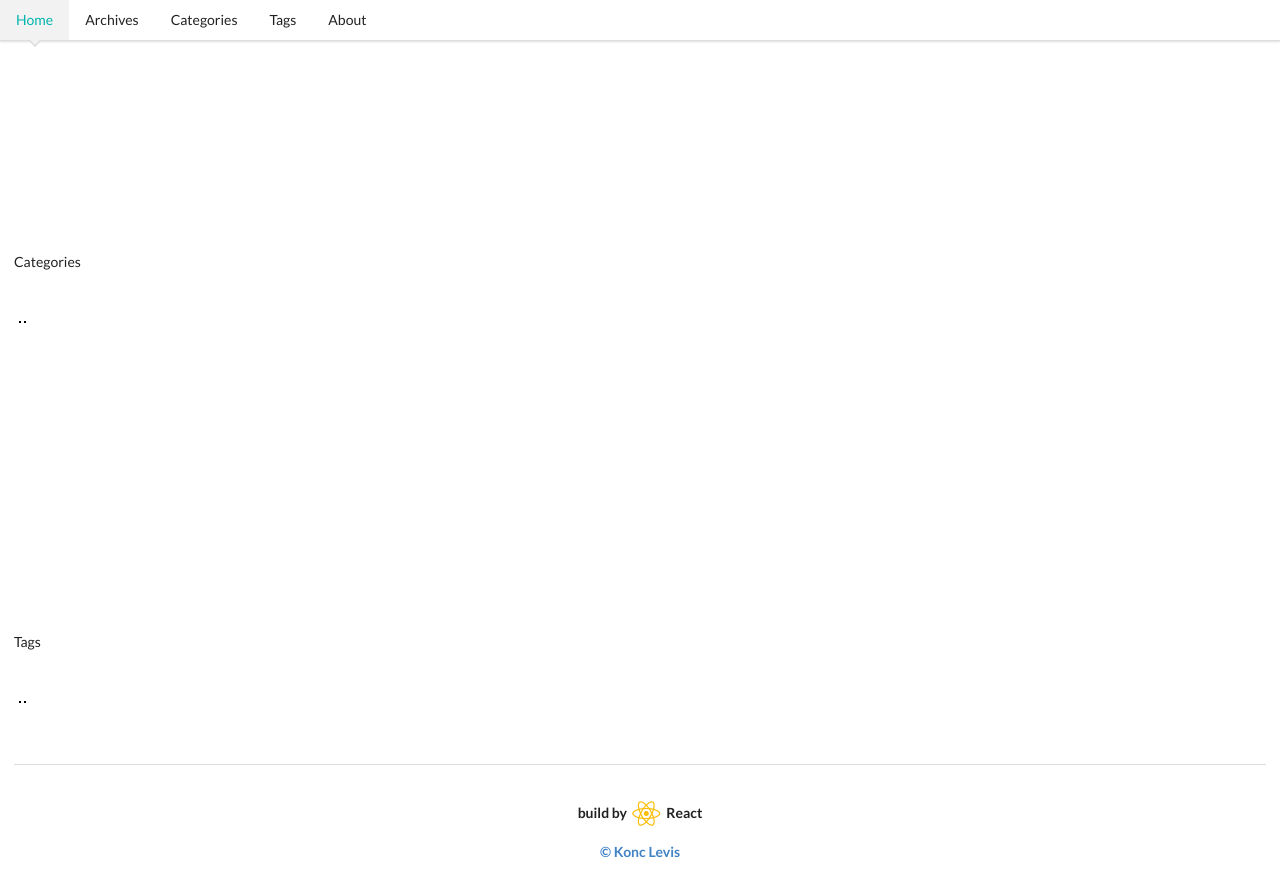
Repository: chu4j/my-spring-cloud-blog-frontend
Page: /
An editor plug-in stored every save of this project. The page is shown before and after the next save, followed by the edit.
The browser window is 1280 px wide. The pictures show the whole page.
The page's requests for data from a server got no answer. The project was rebuilt for these pictures with package versions that can differ from the ones it lists, and the page was loaded fresh each time. No one was signed in, and anything a server would have sent is missing. Also part of the build but not shown: src/components/Categories.jsx, src/components/FocusContent.jsx, src/css/App.css, src/components/owner/LoginForm.jsx, src/components/Tags.jsx, src/components/Timeline.jsx, src/components/TimelineHome.jsx.

Above is the page before, as saved 2021-02-24 12:31:45.

### src/index.js
import React from 'react';
import ReactDOM from 'react-dom';
import { BrowserRouter } from 'react-router-dom';
import 'semantic-ui-css/semantic.min.css';
import './css/index.css';
import BlogRouter from './router/Router';
import  'github-markdown-css';
ReactDOM.render(<
    BrowserRouter forceRefresh={true} >
    <BlogRouter />
</BrowserRouter>,
    document.getElementById('root')
);

### src/css/index.css
body {
  margin: 1em;
  -webkit-font-smoothing: antialiased;
  -moz-osx-font-smoothing: grayscale;
}

code {
  font-family: source-code-pro, Menlo, Monaco, Consolas, "Courier New",
    monospace;
}

.post-container {
  padding: 8px;
  border-radius: 2px;
}

.post-title {
  color: #011623;
}

.post-title:hover {
  color: #011623;
  text-decoration: underline;
}

/*animate*/

.posts-appear {
  opacity: 0;
}

.posts-enter {
  opacity: 1;
  transform: scale(0.95);
}

.posts-enter-active {
  opacity: 1;
  transform: translateX(0);
  transition: opacity 300ms, transform 200ms;
}

.posts-exit {
  opacity: 1;
  transform: scale(0.9);
}

.posts-exit-active {
  opacity: 0;
  transform: translateX(0);
  transition: opacity 300ms, transform 200ms;
}

.post-container pre code {
}
.common-label {
  display: inline-block;
  margin: 5px;
  padding: 2px;
  color: #010101;
  border-bottom: 2px dotted #010101;
  border-radius: 0;
}
.common-label-container {
  min-height: 280px;
}
.menu-container {
  margin-bottom: 15em;
}
.post-category {
  padding: 3px;
  background-color: #010101;
  color: white;
  display: inline-block;
  border-radius: 2px;
}
.post-category:hover {
  color: white;
  text-decoration: underline;
}
.post-tag {
  padding: 3px;
  background-color: #319795;
  color: white;
  display: inline-block;
  border-radius: 2px;
}
.post-tag:hover {
  color: white;
  text-decoration: underline;
}

### src/router/Router.jsx
import { Route, Switch } from "react-router-dom";
import Categories from "../components/Categories";
import FocusPostComponent from "../components/FocusContent";
import Home from "../components/Home";
import LoginForm from "../components/owner/LoginForm";
import Tags from "../components/Tags";
import MyTimeline from "../components/Timeline";
import TimelineHome from "../components/TimelineHome";
export default function BlogRouter() {
  return (
    <Switch>
      <Route path="/" exact>
        <Home />
      </Route>
      <Route path="/owner/login" exact>
        <LoginForm />
      </Route>
      <Route path="/category/:name" exact>
        <Home />
      </Route>
      <Route path="/tag/:name" exact>
        <Home />
      </Route>
      <Route path="/posts/page/:pageNumber">
        <Home />
      </Route>
      <Route path="/category/:name/page/:pageNumber">
        <Home />
      </Route>
      <Route path="/tag/:name/page/:pageNumber">
        <Home />
      </Route>
      <Route path="/post/:postId" exact>
        <FocusPostComponent />
      </Route>
      <Route path="/categories" exact>
        <Categories />
      </Route>
      <Route path="/tags" exact>
        <Tags />
      </Route>
      <Route path="/posts/timeline" exact>
        <TimelineHome />
      </Route>
      <Route path="/posts/timeline/page/:pageNumber" exact>
        <TimelineHome />
      </Route>
    </Switch>
  );
}

### src/components/Home.jsx
import { React, useEffect, useState } from "react";
import { useParams, useRouteMatch } from "react-router-dom";
import "../css/App.css";
import { ServerHost } from "./AppConfig";
import BlogLayout from "./BlogLayout";
import CategoryComponent from "./CategoryComponent";
import ContentComponent from "./Content";
import TagComponent from "./TagComponent";
async function getArchive(path) {
  const axios = require("axios").default;
  if (null == path) {
    return axios.get(ServerHost + "/v1/api/archive").then((res) => res.data);
  } else {
    return axios.get(path).then((res) => res.data);
  }
}
function countPath(router, name, pageNumber) {
  let requestUrl = "";
  let pagePrefix = "";
  const path = router.path;
  switch (path) {
    case "/":
      requestUrl = ServerHost + "/v1/api/archive";
      pagePrefix = "/posts/page/";
      break;
    case "/category/:name":
      requestUrl = ServerHost + "/v1/api/category/" + name;
      pagePrefix = "/category/" + name + "/page/";
      break;
    case "/category/:name/page/:pageNumber":
      requestUrl =
        ServerHost + "/v1/api/category/" + name + "?page=" + pageNumber;
      pagePrefix = "/category/" + name + "/page/";
      break;
    case "/tag/:name":
      requestUrl = ServerHost + "/v1/api/tag/" + name;
      pagePrefix = "/tag/" + name + "/page/";
      break;
    case "/tag/:name/page/:pageNumber":
      requestUrl = ServerHost + "/v1/api/tag/" + name + "?page=" + pageNumber;
      pagePrefix = "/tag/" + name + "/page/";
      break;
    case "/posts/page/:pageNumber":
      requestUrl = ServerHost + "/v1/api/archive?page=" + pageNumber;
      pagePrefix = "/posts/page/";
      break;
    default:
      break;
  }
  return { requestUrl, pagePrefix };
}
export default function Home() {
  let { name, pageNumber } = useParams();
  const router = useRouteMatch();
  console.log("router:" + JSON.stringify(router) + " type:" + typeof router);
  const params = countPath(router, name, pageNumber);
  console.log("returnPath:" + params.requestUrl);
  let activePage = 1;
  if (null != pageNumber && undefined != pageNumber) activePage = pageNumber;
  const [response, setData] = useState({});
  useEffect(() => {
    getArchive(params.requestUrl).then((res) => {
      setData(res);
    });
  }, []);
  return (
    <BlogLayout
      CategoryComponent={<CategoryComponent />}
      TagComponent={<TagComponent />}
      ContentComponent={
        <ContentComponent
          response={response}
          activePage={activePage}
          pagePrefix={params.pagePrefix}
        />
      }
      style={{ margin: 0, padding: 0 }}
    />
  );
}

### src/components/BlogLayout.jsx
import { Grid } from "semantic-ui-react";
import "../css/index.css";
import Header from "./BlogHeader";
import DivRow from "./Common";
import Footer from "./Footer";
export default function BlogLayout(props) {
  return (
    <div className="customBackground">
      <Grid stackable>
        <Grid.Row columns={1}>
          <Header />
        </Grid.Row>
        <Grid.Row>
          {props.CategoryComponent && props.TagComponent && (
            <Grid.Column width={3}>
              {props.CategoryComponent}
              <DivRow />
              <DivRow />
              <DivRow />
              {props.TagComponent}
            </Grid.Column>
          )}
          {props.CategoryComponent &&
          props.TagComponent &&
          props.ContentComponent ? (
            <Grid.Column width={12}>{props.ContentComponent}</Grid.Column>
          ) : (
            <Grid.Column width={16}>{props.ContentComponent}</Grid.Column>
          )}
        </Grid.Row>
        <Grid.Row columns={1}>
          <Grid.Column>
            <Footer />
          </Grid.Column>
        </Grid.Row>
      </Grid>
    </div>
  );
}

### src/components/CategoryComponent.jsx
import React, { Component } from "react";
import { ServerHost } from "./AppConfig";
import DivRow from "./Common";
class CategoryComponent extends Component {
  state = {
    data: [{}],
  };
  componentDidMount() {
    const axois = require("axios").default;
    axois
      .get(ServerHost + "/v1/api/category/statistics/count")
      .then((res) => {
        const data = res.data;
        this.setState({ data: data });
      })
      .catch((error) => {
        console.log(error);
      });
    console.log("category card render");
  }
  render() {
    return (
      <>
        <span>Categories</span>
        <DivRow />
        <div className="common-label-container">
          {this.state.data.map((e, index) => (
            <a key={index} href={"/category/" + e.value} className="common-label">
              {e.value}
              &nbsp;
              {e.count}
            </a>
          ))}
        </div>
      </>
    );
  }
}
export default CategoryComponent;

### src/components/AppConfig.jsx
export const ServerHost = "http://localhost:9000";

### src/components/Content.jsx
import { React, useEffect, useState } from "react";
import { useHistory, withRouter } from "react-router-dom";
import { CSSTransition } from "react-transition-group";
import { Container, Grid, Header, Icon, Pagination } from "semantic-ui-react";
import DivRow from "./Common";

function ContentComponent(props) {
  const hljs = require("highlight.js");
  const [showComponent, setShowComponent] = useState(false);
  console.log("state : " + showComponent);
  useEffect(() => {
    let time = setTimeout(() => setShowComponent(true), 100);
    hljs.highlightAll();
    return () => {
      clearTimeout(time);
    };
  }, []);
  const history = useHistory();
  const handlePaginationClick = (e, { activePage }) => {
    const url = props.pagePrefix + activePage;
    history.push(url);
  };
  return (
    <>
      <CSSTransition
        in={showComponent}
        classNames="posts"
        timeout={200}
        unmountOnExit
      >
        <Container fluid>
          {props.response.list &&
            props.response.list.map((a, index) => (
              <div
                className="post-container"
                style={index > 0 ? { marginTop: "20px" } : {}}
              >
                <Header as="h1" textAlign="center">
                  <a href={"/post/" + a.serialNumber} className="post-title">
                    {a.title}
                  </a>
                </Header>
                {
                  <div
                    className="markdown-body"
                    dangerouslySetInnerHTML={{ __html: a.content }}
                  ></div>
                }

                <DivRow />
                {a.category && a.tag && (
                  <>
                    <Container fluid>
                      <Grid>
                        <Grid.Row>
                          <Grid.Column width={5}>
                            {a.category.map((c, index) => (
                              <>
                                {" "}
                                <div key={index}>
                                  <span>
                                    <a
                                      href={"/category/" + c.category}
                                      className="post-category"
                                    >
                                      {c.category}
                                    </a>
                                  </span>
                                </div>
                              </>
                            ))}
                          </Grid.Column>

                          <Grid.Column width={11}>
                            {a.tag.map((t, index) => (
                              <>
                                {" "}
                                <span key={index}>
                                  <a
                                    href={"/tag/" + t.tag}
                                    className="post-tag"
                                  >
                                    {t.tag}
                                  </a>
                                </span>
                              </>
                            ))}
                          </Grid.Column>
                        </Grid.Row>
                      </Grid>
                    </Container>
                  </>
                )}
                <DivRow />
                <DivRow />
              </div>
            ))}
          {props.response.totalPage > 1 && props.activePage && (
            <Container fluid textAlign="center" style={{ marginTop: "2em" }}>
              <Pagination
                totalPages={props.response.totalPage}
                firstItem={null}
                lastItem={null}
                pointing
                secondary
                activePage={props.activePage}
                onPageChange={handlePaginationClick}
              />
            </Container>
          )}
          {props.focus && props.response.list && (
            <div style={{ marginTop: "1em" }}>
              <Grid stackable>
                <Grid.Row>
                  <Grid.Column width={8}>
                    {props.response.list.map((e, index) => (
                      <>
                        {e.previous && (
                          <a
                            key={index}
                            href={"/post/" + e.previous.serialNumber}
                            style={{ fontWeight: "900" }}
                          >
                            <Icon name="angle left" size="big"></Icon>
                            &nbsp;&nbsp;{e.previous.title}
                          </a>
                        )}
                      </>
                    ))}
                  </Grid.Column>
                  <Grid.Column width={8} textAlign="right">
                    {props.response.list.map((e, index) => (
                      <>
                        {e.next && (
                          <a
                            key={index}
                            href={"/post/" + e.next.serialNumber}
                            style={{ fontWeight: "900" }}
                          >
                            {e.next.title}&nbsp;&nbsp;
                            <Icon name="angle right" size="big"></Icon>
                          </a>
                        )}
                      </>
                    ))}
                  </Grid.Column>
                </Grid.Row>
              </Grid>
            </div>
          )}
        </Container>
      </CSSTransition>
    </>
  );
}
export default withRouter(ContentComponent);

### src/components/TagComponent.jsx
import React, { Component } from "react";
import { ServerHost } from "./AppConfig";
import DivRow from "./Common";
class TagComponent extends Component {
  state = {
    data: [{}],
  };
  componentDidMount() {
    const axois = require("axios").default;
    axois
      .get(ServerHost + "/v1/api/tag/statistics/count")
      .then((res) => {
        const data = res.data;
        this.setState({ data: data });
      })
      .catch((error) => {
        console.error(error);
      });
  }
  render() {
    return (
      <>
        <span>Tags</span>
        <DivRow />
        <div>
          {this.state.data.map((e, index) => (
            <a key={index} href={"/tag/" + e.value} className="common-label">
              {e.value}
              &nbsp;
              {e.count}
            </a>
          ))}
        </div>
      </>
    );
  }
}
export default TagComponent;

### src/components/Common.jsx
export default function DivRow() {
  return <div>&nbsp;</div>;
}

### src/components/BlogHeader.jsx
import React, { Component } from "react";
import { Container, Menu } from "semantic-ui-react";
const menuStyle = {
  border: "none",
  borderRadius: 0,
  boxShadow: "none",
  marginBottom: "1em",
  marginTop: "4em",
  transition: "box-shadow 0.5s ease, padding 0.5s ease",
};

class BlogHeader extends Component {
  state = {
    activeItem: "home",
  };

  handleItemClick = (e, { name }) => this.setState({ activeItem: name });
  render() {
    const { activeItem } = this.state;
    return (
      <Container fluid className="menu-container">
        <Menu fixed="top" pointing color="teal" borderless>
          <Menu.Item
            as="a"
            name="home"
            active={activeItem === "home"}
            onClick={this.handleItemClick}
            link
            href="/"
          ></Menu.Item>
          <Menu.Item
            as="a"
            name="archives"
            active={activeItem === "archives"}
            onClick={this.handleItemClick}
            link
            href="/posts/timeline"
          />
          <Menu.Item
            as="a"
            name="categories"
            active={activeItem === "categories"}
            onClick={this.handleItemClick}
            link
            href="/categories"
          />
          <Menu.Item
            name="tags"
            active={activeItem === "tags"}
            onClick={this.handleItemClick}
            as="a"
            href="/tags"
          />
          <Menu.Item
            name="about"
            active={activeItem === "about"}
            onClick={this.handleItemClick}
          />
        </Menu>
      </Container>
    );
  }
}

export default BlogHeader;

### src/components/Footer.jsx
import { Component, React } from "react";
import { Divider, Icon } from "semantic-ui-react";
import DivRow from "./Common";

class Footer extends Component {
  render() {
    return (
      <div style={{ marginTop: "2em", textAlign: "center" }}>
        <Divider />
        <DivRow />
        <p style={{ fontWeight: "900" }}>
          build by <Icon name="react" color="yellow" size="big" />
          <b>React</b>
        </p>

        <a href="https://www.github.com/konchoo">
          <b>&copy;&nbsp;Konc Levis</b>
        </a>
      </div>
    );
  }
}
export default Footer;

Loaded but not shown: public/index.html (common file)

After the next save:
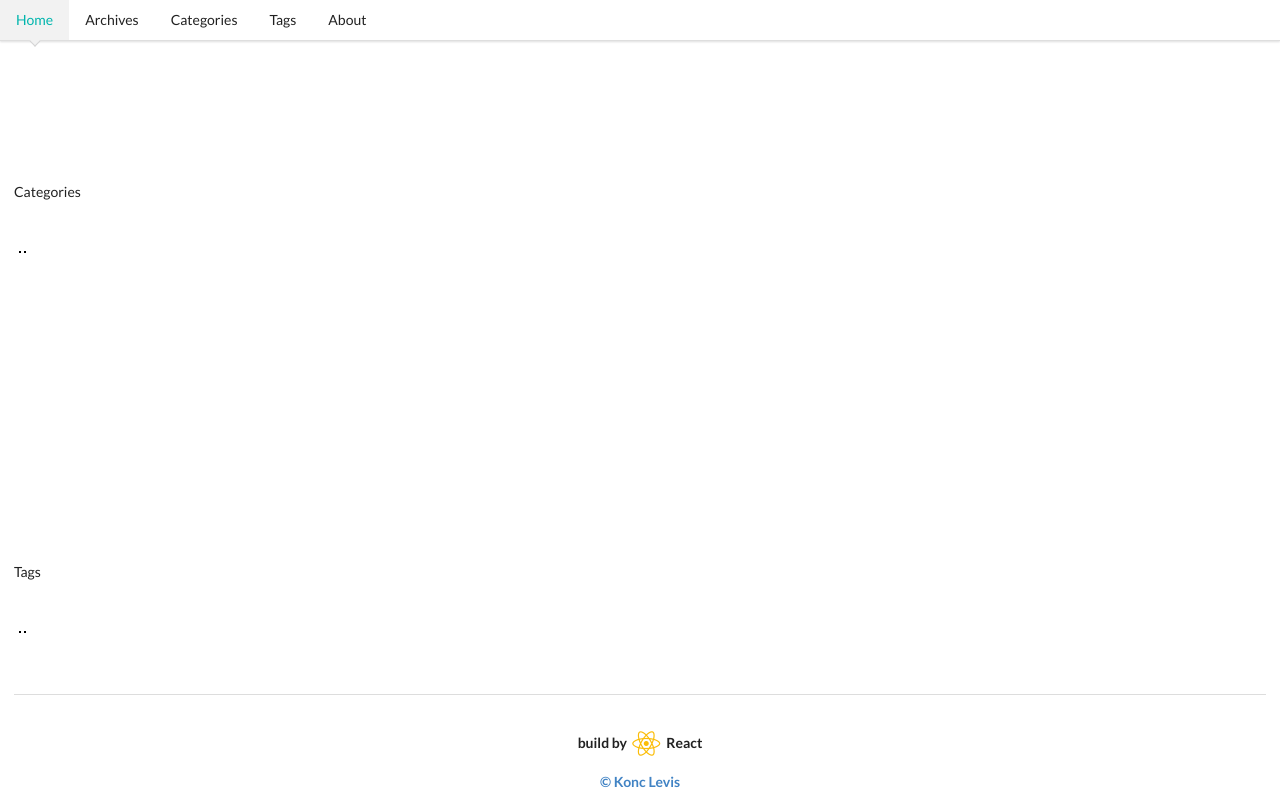
Saved 7 s later.
--- a/src/css/index.css
+++ b/src/css/index.css
@@ -65,7 +65,7 @@ code {
   min-height: 280px;
 }
 .menu-container {
-  margin-bottom: 15em;
+  margin-bottom: 10em;
 }
 .post-category {
   padding: 3px;
